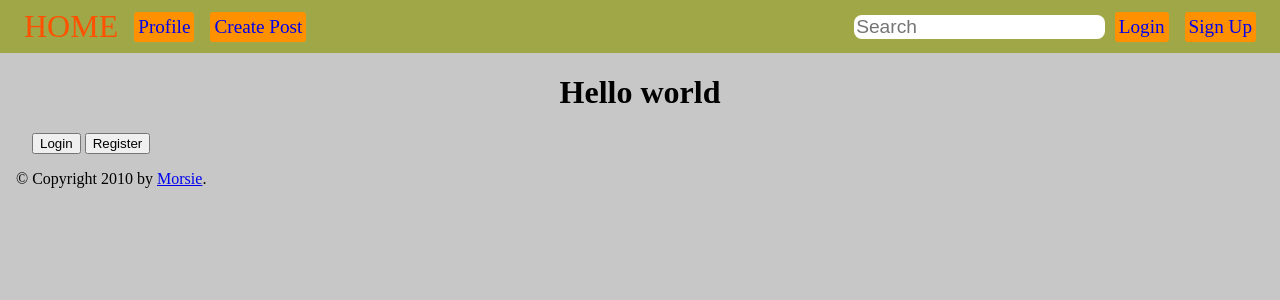
Repository: MorsChen/python-blog
Page: templates/home.html
These files come from the project's save history. The page is drawn as it stood at one moment and after a run of saves; the edit follows.
The browser window is 1280 px wide. The pictures show the whole page.
The page is served by the project's application, run on Flask 3 (default.py). The template is opened directly, without the code that normally fills it, so the values that code supplies are empty.

Above is the page before, as saved 2019-09-09 17:09:33.

### templates/home.html
{% extends 'index.html' %}

{% block content %}
<h1 style="text-align:center"> Hello world </h1>

{% if not current_user.is_authenticated %}
{% for post in posts %}
<li> {{post.title}} || {{post.body}} || {{post.users.username}} || {{post.created}} || {{post.updated}}
</li>

{%endfor%}
<button type="button" onclick="window.location.href=`{{url_for('login')}}`"> Login</button>
<button type="button" onclick="window.location.href=`{{url_for('register')}}`"> Register</button>
{% else %}
<h3>{{current_user.username}}</h3>
{% for post in posts %}
<li> <a href="{{url_for('single_post', id = post.id)}}">{{post.title}}</a> || {{post.body}} || {{post.users.username}} || {{post.created}} || {{post.updated}}
    <button type='button' onclick = "window.location.href=`{{url_for('editpost', id = post.id)}}`">Edit Post</button>
    <button type='button' onclick = "window.location.href=`{{url_for('new_comment', id = post.id)}}`">Comment</button>
</li>
{%endfor%}
<button type="button" onclick="window.location.href=`{{url_for('newpost')}}`"> Create New Post</button>
<button type="button" onclick="window.location.href=`{{url_for('profile')}}`"> Profile</button>
<button type="button" onclick="window.location.href=`{{url_for('logout')}}`"> Log Out</button>
{% endif %}
{% endblock %}

### templates/index.html
<!doctype html>
<html id="  ">
  <head>
    {% block head %}
    <link rel="stylesheet" href="{{ url_for('static', filename='style.css') }}">
    <title>{% block title %}{% endblock %} - My Blog Webpage</title>
    {% endblock %}
  </head>
  <body>
      <nav class="NavBar">
        <div class="nav-box-content">
            <div class="nav-box1">
                <a class="a-nav" href="{{url_for('main')}}">HOME</a>
                <a class="btn" href="{{url_for('profile')}}">Profile</a>
                <a class="btn" href="{{url_for('newpost')}}">Create Post</a>
            </div>
            <div class="nav-box2">
                <input class="ip-nav" placeholder="Search" >
                <a class="btn" href="{{url_for('login')}}">Login</a>
                <a class="btn" href="{{url_for('register')}}">Sign Up</a>

            </div>
        </div>
      </nav>

      <div id="content">
          {% with messages = get_flashed_messages(with_categories=true) %}
          <!-- Categories: success (green), info (blue), warning (yellow), danger (red) -->
          {% if messages %}
            {% for category, message in messages %}
              <div class="alert alert-{{ category }} alert-dismissible" role="alert">
              <button type="button" class="close" data-dismiss="alert" aria-label="Close"><span aria-hidden="true">&times;</span></button>
              <!-- <strong>Title</strong> --> {{ message }}
              </div>
            {% endfor %}
          {% endif %}
        {% endwith %}

    <div id="content">{% block content %}{% endblock %}</div>
    <div id="footer">
      {% block footer %}
      &copy; Copyright 2010 by <a href="http://domain.invalid/">Morsie</a>.
      {% endblock %}
    </div>
  </body>
</html>

### default.py
import os
from flask import Flask, request, render_template, redirect, url_for, flash
from flask_migrate import Migrate
from flask_sqlalchemy import SQLAlchemy
from werkzeug.security import generate_password_hash, check_password_hash
from datetime import datetime
from flask_wtf import FlaskForm
from wtforms import StringField, SubmitField, PasswordField
from wtforms.validators import DataRequired, Email, EqualTo, ValidationError, Length
from flask_login import LoginManager, UserMixin, login_user, logout_user, current_user, login_required

#setting
app = Flask(__name__)
db = SQLAlchemy(app)
app.config['SECRET_KEY']="SUPERSECRET"

migrate = Migrate(app,db)

login_manager = LoginManager(app)
login_manager.init_app(app)
login_manager.login_view = 'login'


#setting connection
POSTGRES = {
    'user': "khoa",
    'pw': "zzz",
    'db': 'bloghehe',
    'host': "localhost",
    'port': 5432,
}
app.config['SQLALCHEMY_DATABASE_URI'] = 'postgresql://%(user)s:%(pw)s@%(host)s:\
%(port)s/%(db)s' % POSTGRES







#define models

class Users(UserMixin, db.Model):
  id = db.Column(db.Integer, primary_key=True)
  username = db.Column(db.String, nullable=False, unique=True)
  email = db.Column(db.String, nullable=False, unique=True)
  password = db.Column(db.String, nullable=False)
  posts = db.relationship("Posts", backref="users", lazy="dynamic")
  comments = db.relationship("Comments", backref="users", lazy="dynamic")

  def set_pass(self,passw):
    self.password =  generate_password_hash(passw)
  def check_pass(self,passw):
    return check_password_hash(self.password,passw)

class Posts(db.Model):
  id = db.Column(db.Integer, primary_key=True)
  title = db.Column(db.String, nullable=False)
  body = db.Column(db.String, nullable=False)
  created = db.Column(db.DateTime, nullable=False)
  updated = db.Column(db.DateTime)
  author =  db.Column(db.Integer, db.ForeignKey('users.id'), nullable=False)
  comments = db.relationship('Comments', backref="posts", lazy="dynamic")

class Comments(db.Model):
  id = db.Column(db.Integer, primary_key=True)
  body = db.Column(db.String, nullable=False)
  created = db.Column(db.DateTime, nullable=False)
  updated = db.Column(db.DateTime)
  author =  db.Column(db.Integer, db.ForeignKey('users.id'), nullable=False)
  post = db.Column(db.Integer, db.ForeignKey('posts.id'), nullable=False)

db.create_all()


@login_manager.user_loader
def load_user(user_id):
    return Users.query.get(user_id)



#define forms
class Register(FlaskForm):
  username = StringField("User Name", validators=[DataRequired("Please input your username"), Length(min=3, max=20, message="username must have at least 3 char and max 20 chars")])
  email = StringField("Email address", validators=[DataRequired(), Email("Please input an appropriate email address")])
  password = StringField("Password", validators=[DataRequired(), EqualTo("confirm")])
  confirm = StringField("Password", validators=[DataRequired()])
  submit = SubmitField("Register")

  def validate_username(self, field):
        if Users.query.filter_by(username=field.data).first() :
            raise ValidationError("Your username has been registered!!")
  def validate_email(self, field):
        if Users.query.filter_by(email=field.data).first() :
            raise ValidationError("Your email has been registered!!")


class Login(FlaskForm):
  email = StringField("Email address", validators=[DataRequired(), Email("Please input an appropriate email address")])
  password = PasswordField("Password", validators=[DataRequired()])
  submit = SubmitField("Login")

class NewPost(FlaskForm):
  title = StringField("Blog Title", validators=[DataRequired(), Length(min=3,max=255, message="min 3, max 255")])
  body = StringField("Content", validators=[DataRequired(), Length(min=3,max=10000, message="min 3, max 10000")])
  submit = SubmitField("Post")

class New_comment(FlaskForm):
  body = StringField("Comment content", validators=[DataRequired(), Length(min=3, max=1000, message="min 3, max 1000")])
  submit = SubmitField("Comment")

@app.route('/register', methods=['post','get'])
def register():
  form = Register()

  if request.method=="POST":
    if form.validate_on_submit():
      new_user = Users(username = form.username.data,
                        email = form.email.data,
                        )
      new_user.set_pass(form.password.data)
      db.session.add(new_user)
      db.session.commit()
      return redirect(url_for("home"))
    else:
      for field_name, errors in form.errors.items():
          flash(errors)
      return redirect((url_for('register')))
  return render_template('register.html', form = form)

@app.route('/login', methods=['post','get'])
def login():
  form = Login()
  if request.method == 'POST':
    check = Users.query.filter_by(email=form.email.data).first()
    if check :
      if check.check_pass(form.password.data):
        login_user(check)
        return redirect(url_for("home"))
    else:
      flash(["email address not exist"])
      return redirect(url_for('register'))
  return render_template('login.html', form = form)

@app.route('/logout')
@login_required
def logout():
  logout_user()
  return redirect(url_for('login'))

@app.route('/')
def home():
  posts = Posts.query.all()
  return render_template('index.html', posts = posts)


@app.route('/newpost', methods=['post', 'get'])
@login_required
def newpost():
  form = NewPost()
  if request.method == 'POST':
    new_post = Posts(title=form.title.data,
                    body=form.body.data,
                    created = datetime.now())
    current_user.posts.append(new_post)
    db.session.add(new_post)
    db.session.commit()
    return "ok"
  return render_template('newpost.html', form=form)

@app.route('/editpost/<id>', methods=['post','get'])
@login_required
def edit_post(id):
  form = NewPost()
  post = Posts.query.filter_by(id=id, author = current_user.id).first()
  if not post:
    flash([["you are not allowed to edit this post"]])
    return redirect(url_for("home"))
  else:
    if request.method == 'POST':
      post.title = form.title.data
      post.body = form.body.data
      post.updated = datetime.now()
      db.session.commit()
      return "ok"
      # return redirect(url_for('post'))
  return render_template('editpost.html', form = form )

@app.route('/delete_post/<id>', methods=['get'])
@login_required
def delete_post(id):
  post = Posts.query.filter_by(id=id, author=current_user.id).first()
  if post:
    db.session.delete(post)
    db.session.commit()
  else:
    flash(['You are not allowed to delete this post'])
  return redirect(url_for('home'))

@app.route('/single_post/<id>', methods=['get'])
def single_post(id):
  post = Posts.query.filter_by(id=id).first()  # 1 item
  comments = post.comments.all()  # a list
  return render_template('single_post.html', post = post, comments = comments)


@app.route('/posts/<id>/comments', methods=['POST','GET'])
def new_comment(id):
  form = New_comment()
  if request.method == 'POST':
    if form.validate_on_submit():
      post = Posts.query.filter_by(id=id).first()
      c = Comments(body=form.body.data,
                    created = datetime.now(),
                    # author = current_user.id,
                    )
      current_user.comments.append(c) # autho
      post.comments.append(c)      # post
      db.session.add(c)
      db.session.commit()
      return redirect(url_for('single_post', id=id))
    else:
      for field_name, errors in form.errors.items():
          flash(errors)
      return redirect((url_for('new_comment')))
  return render_template('new_comment.html', form = form)



@app.route('/khoa', methods=['get','options',"DELETE"])
def khoa():
  if request.method == "DELETE":
    return "KHOA IS COOL"
  return "NOPE"


if __name__ == "__main__":
  app.run(debug=True, port=5001)

### static/style.css
body{
    background-color: rgb(199, 199, 199);
    margin: 0;
}

.NavBar {
 background-color: rgb(255, 208, 0);
}

.nav-box-content{
    display: flex;
    position: sticky;
    /* margin: 0.5rem; */
    justify-content: space-between;
    top: 0;
    padding: 0 1rem 0 1rem;
    text-align: center;
    align-items: center;
    align-content: center;
    background-color: rgba(70, 128, 136, 0.514);
    /* opacity: 0.5; */
    font-size: 3rem;
}

.nav-box1 {
    display: flex;
    text-align: center;
    align-items: center;
    align-content: center;
}

.nav-box2 {
    display: flex;
    text-align: center;
    align-items: center;
    align-content: center;
}

.a-nav {
    text-decoration: none;
    font-size: 2rem;
    color: rgb(255, 81, 0);
    margin: 0.5rem;
}

.ip-nav{
    border: none;
    font-size: 1.2rem;
    border-radius: 0.5rem;
    text-justify: center;
    margin: 0.1rem;
    padding:0,1rem;
    text-align: left;
}

.btn {
    border: none;
    text-decoration: none;
    border-radius: 0.2rem;
    background-color: rgb(255, 145, 0);
    text-align: center;
    text-justify: center;
    padding: 0.25rem;
    margin: 0.5rem;
    font-size: 1.2rem;
}

#content {
    margin: 1rem;
}

After the next 2 saves:
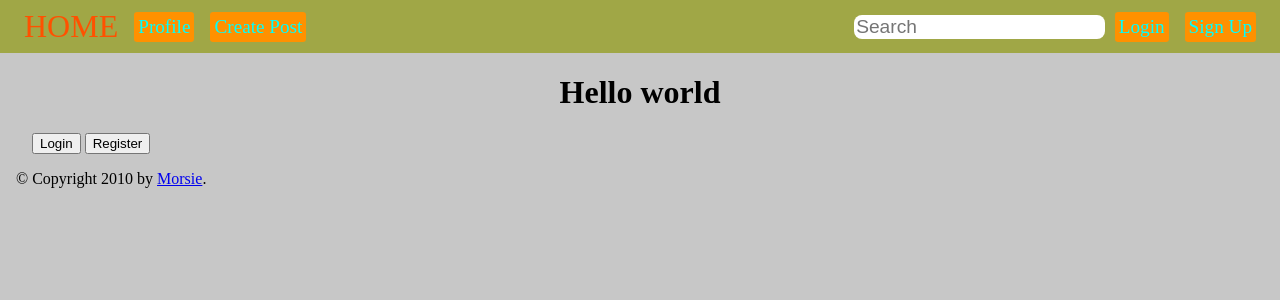
The 2 saves are shown as one change because they came seconds apart.
The last was saved 16 s later.
--- a/static/style.css
+++ b/static/style.css
@@ -62,6 +62,7 @@ body{
     text-justify: center;
     padding: 0.25rem;
     margin: 0.5rem;
+    color: aqua;
     font-size: 1.2rem;
 }
 
